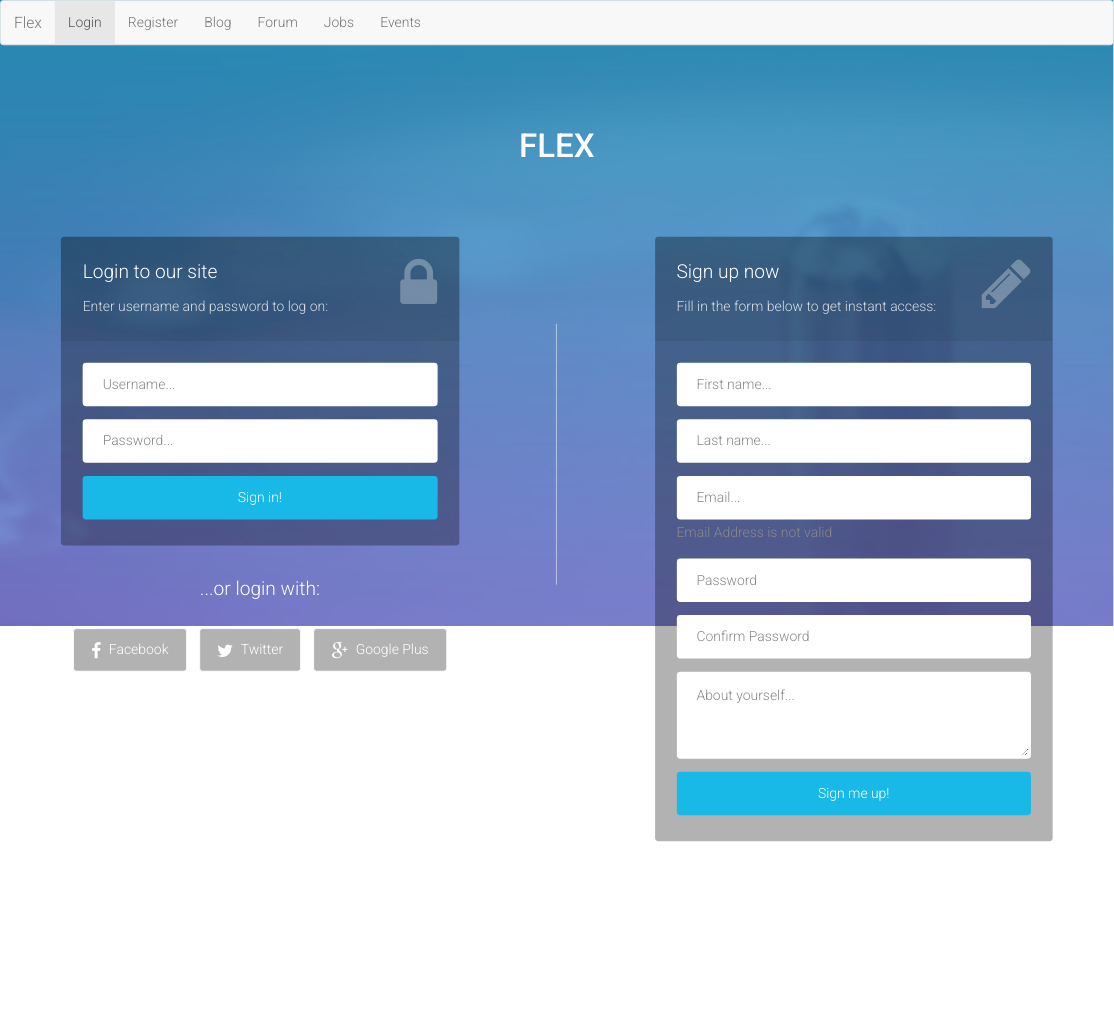
Repository: Angelamritha2012/Flex
Page: Collaboration/WebContent/index.html
The author's editor kept a copy of each file at every save. The page is drawn from the files as they stood at one save, then again after the next save.
The browser window is 1280 px wide. The pictures show the whole page, at 87% of full size.

Above is the page before, as saved 2017-11-29 09:46:43.

### Collaboration/WebContent/index.html
<!DOCTYPE html>
<html lang="en">

    <head>

        <meta charset="utf-8">
        <meta http-equiv="X-UA-Compatible" content="IE=edge">
        <meta name="viewport" content="width=device-width, initial-scale=1">
        <title>FLEX</title>

        <!-- CSS -->
        <link rel="stylesheet" href="http://fonts.googleapis.com/css?family=Roboto:400,100,300,500">
        <link rel="stylesheet" href="assets/bootstrap/css/bootstrap.min.css">
        <link rel="stylesheet" href="assets/font-awesome/css/font-awesome.min.css">
		<link rel="stylesheet" href="assets/css/form-elements.css">
        <link rel="stylesheet" href="assets/css/style.css">

        <!-- HTML5 Shim and Respond.js IE8 support of HTML5 elements and media queries -->
        <!-- WARNING: Respond.js doesn't work if you view the page via file:// -->
        <!--[if lt IE 9]>
            <script src="https://oss.maxcdn.com/libs/html5shiv/3.7.0/html5shiv.js"></script>
            <script src="https://oss.maxcdn.com/libs/respond.js/1.4.2/respond.min.js"></script>
        <![endif]-->

        <!-- Favicon and touch icons -->
        <link rel="shortcut icon" href="assets/ico/favicon.png">
        <link rel="apple-touch-icon-precomposed" sizes="144x144" href="assets/ico/apple-touch-icon-144-precomposed.png">
        <link rel="apple-touch-icon-precomposed" sizes="114x114" href="assets/ico/apple-touch-icon-114-precomposed.png">
        <link rel="apple-touch-icon-precomposed" sizes="72x72" href="assets/ico/apple-touch-icon-72-precomposed.png">
        <link rel="apple-touch-icon-precomposed" href="assets/ico/apple-touch-icon-57-precomposed.png">

    </head>

    <body>

<nav class="navbar navbar-default">
  <div class="container-fluid">
    <div class="navbar-header">
      <a class="navbar-brand" href="#">Flex</a>
    </div>
    <ul class="nav navbar-nav">
      <li class="active"><a href="#">Login</a></li>
      <li><a href="#">Register</a></li>
      <li><a href="blog.html">Blog</a></li>
      <li><a href="forum.html">Forum</a></li>
	        <li><a href="job.html">Jobs</a></li>
	        <li><a href="event.html">Events</a></li>

    </ul>
  </div>
</nav>

        <!-- Top content -->
        <div class="top-content">

            <div class="inner-bg">
                <div class="container">

                    <div class="row">
                        <div class="col-sm-8 col-sm-offset-2 text">
                            <h1><strong>FLEX</strong></h1>

                        </div>
                    </div>

                    <div class="row">
                        <div class="col-sm-5">

                        	<div class="form-box">
	                        	<div class="form-top">
	                        		<div class="form-top-left">
	                        			<h3>Login to our site</h3>
	                            		<p>Enter username and password to log on:</p>
	                        		</div>
	                        		<div class="form-top-right">
	                        			<i class="fa fa-lock"></i>
	                        		</div>
	                            </div>
	                            <div class="form-bottom">
				                    <form role="form" action="" method="post" class="login-form">
				                    	<div class="form-group">
				                    		<label class="sr-only" for="form-username">Username</label>
				                        	<input type="text" name="form-username" placeholder="Username..." class="form-username form-control" id="form-username">

				                        </div>

				                        <div class="form-group">
				                        	<label class="sr-only" for="form-password">Password</label>
				                        	<input type="password" name="form-password" placeholder="Password..." class="form-password form-control" id="form-password">
				                        </div>
				                        <button type="submit" class="btn">Sign in!</button>
				                    </form>
			                    </div>
		                    </div>

		                	<div class="social-login">
	                        	<h3>...or login with:</h3>
	                        	<div class="social-login-buttons">
		                        	<a class="btn btn-link-2" href="#">
		                        		<i class="fa fa-facebook"></i> Facebook
		                        	</a>
		                        	<a class="btn btn-link-2" href="#">
		                        		<i class="fa fa-twitter"></i> Twitter
		                        	</a>
		                        	<a class="btn btn-link-2" href="#">
		                        		<i class="fa fa-google-plus"></i> Google Plus
		                        	</a>
	                        	</div>
	                        </div>

                        </div>

                        <div class="col-sm-1 middle-border"></div>
                        <div class="col-sm-1"></div>

                        <div class="col-sm-5">

                        	<div class="form-box">
                        		<div class="form-top">
	                        		<div class="form-top-left">
	                        			<h3>Sign up now</h3>
	                            		<p>Fill in the form below to get instant access:</p>
	                        		</div>
	                        		<div class="form-top-right">
	                        			<i class="fa fa-pencil"></i>
	                        		</div>
	                            </div>
	                            <div class="form-bottom">
				                    <form role="form" action="" method="post" class="registration-form">
				                    	<div class="form-group">
				                    		<label class="sr-only" for="form-first-name">First name</label>
				                        	<input type="text" name="form-first-name" placeholder="First name..." class="form-first-name form-control" id="form-first-name">
				                        </div>
				                        <div class="form-group">
				                        	<label class="sr-only" for="form-last-name">Last name</label>
				                        	<input type="text" name="form-last-name" placeholder="Last name..." class="form-last-name form-control" id="form-last-name">
				                        </div>
				                        <div class="form-group">
				                        	<label class="sr-only" for="form-email">Email</label>
				                        	<input type="text" name="form-email" placeholder="Email..." class="form-email form-control" id="form-email">
				                        				                       <span ng-show="frm.email.$dirty && frm.email.$invalid">Email Address is not valid</span>

				                        </div>

										<div class="form-group">
				                        	<label class="sr-only" for="password">PassWord</label>
				                        	<input type="text" name="form-password" placeholder="Password" class="form-password form-control" id="form-password">
				                        </div>
										<div class="form-group">
				                        	<label class="sr-only" for="confirm password">Confirm PassWord</label>
				                        	<input type="text" name="form-confirm-password" placeholder="Confirm Password" class="form-confirm-password form-control" id="form-confirm-password">
				                        </div>
				                        <div class="form-group">
				                        	<label class="sr-only" for="form-about-yourself">About yourself</label>
				                        	<textarea name="form-about-yourself" placeholder="About yourself..."
				                        				class="form-about-yourself form-control" id="form-about-yourself"></textarea>
				                        </div>
				                        <button type="submit" class="btn">Sign me up!</button>
				                    </form>
			                    </div>
                        	</div>

                        </div>
                    </div>

                </div>
            </div>

        </div>

        <!-- Footer -->
        <footer>
        	<div class="container">
        		<div class="row">

        			<div class="col-sm-8 col-sm-offset-2">
        				<div class="footer-border"></div>
        				<p>Made by Flex at <a href="http://azmind.com" target="_blank"><strong>FLEX</strong></a>
        					having a lot of fun. <i class="fa fa-smile-o"></i></p>
        			</div>

        		</div>
        	</div>
        </footer>

        <!-- Javascript -->
        <script src="assets/js/jquery-1.11.1.min.js"></script>
        <script src="assets/bootstrap/js/bootstrap.min.js"></script>
        <script src="assets/js/jquery.backstretch.min.js"></script>
        <script src="assets/js/scripts.js"></script>

        <!--[if lt IE 10]>
            <script src="assets/js/placeholder.js"></script>
        <![endif]-->

    </body>

</html>

### Collaboration/WebContent/assets/css/form-elements.css

input[type="text"],
input[type="password"],
textarea,
textarea.form-control {
	height: 50px;
    margin: 0;
    padding: 0 20px;
    vertical-align: middle;
    background: #fff;
    border: 3px solid #fff;
    font-family: 'Roboto', sans-serif;
    font-size: 16px;
    font-weight: 300;
    line-height: 50px;
    color: #888;
    -moz-border-radius: 4px; -webkit-border-radius: 4px; border-radius: 4px;
    -moz-box-shadow: none; -webkit-box-shadow: none; box-shadow: none;
    -o-transition: all .3s; -moz-transition: all .3s; -webkit-transition: all .3s; -ms-transition: all .3s; transition: all .3s;
}

textarea,
textarea.form-control {
	padding-top: 10px;
	padding-bottom: 10px;
	line-height: 30px;
}

input[type="text"]:focus,
input[type="password"]:focus,
textarea:focus,
textarea.form-control:focus {
	outline: 0;
	background: #fff;
    border: 3px solid #fff;
    -moz-box-shadow: none; -webkit-box-shadow: none; box-shadow: none;
}

input[type="text"]:-moz-placeholder, input[type="password"]:-moz-placeholder,
textarea:-moz-placeholder, textarea.form-control:-moz-placeholder { color: #888; }

input[type="text"]:-ms-input-placeholder, input[type="password"]:-ms-input-placeholder,
textarea:-ms-input-placeholder, textarea.form-control:-ms-input-placeholder { color: #888; }

input[type="text"]::-webkit-input-placeholder, input[type="password"]::-webkit-input-placeholder,
textarea::-webkit-input-placeholder, textarea.form-control::-webkit-input-placeholder { color: #888; }



button.btn {
	height: 50px;
    margin: 0;
    padding: 0 20px;
    vertical-align: middle;
    background: #19b9e7;
    border: 0;
    font-family: 'Roboto', sans-serif;
    font-size: 16px;
    font-weight: 300;
    line-height: 50px;
    color: #fff;
    -moz-border-radius: 4px; -webkit-border-radius: 4px; border-radius: 4px;
    text-shadow: none;
    -moz-box-shadow: none; -webkit-box-shadow: none; box-shadow: none;
    -o-transition: all .3s; -moz-transition: all .3s; -webkit-transition: all .3s; -ms-transition: all .3s; transition: all .3s;
}

button.btn:hover { opacity: 0.6; color: #fff; }

button.btn:active { outline: 0; opacity: 0.6; color: #fff; -moz-box-shadow: none; -webkit-box-shadow: none; box-shadow: none; }

button.btn:focus { outline: 0; opacity: 0.6; background: #19b9e7; color: #fff; }

button.btn:active:focus, button.btn.active:focus { outline: 0; opacity: 0.6; background: #19b9e7; color: #fff; }

### Collaboration/WebContent/assets/css/style.css

body {
    font-family: 'Roboto', sans-serif;
    font-size: 16px;
    font-weight: 300;
    color: #888;
    line-height: 30px;
    text-align: center;
}

strong { font-weight: 500; }

a, a:hover, a:focus {
	color: #19b9e7;
	text-decoration: none;
    -o-transition: all .3s; -moz-transition: all .3s; -webkit-transition: all .3s; -ms-transition: all .3s; transition: all .3s;
}

h1, h2 {
	margin-top: 10px;
	font-size: 38px;
    font-weight: 100;
    color: #555;
    line-height: 50px;
}

h3 {
	font-size: 22px;
    font-weight: 300;
    color: #555;
    line-height: 30px;
}

img { max-width: 100%; }

::-moz-selection { background: #19b9e7; color: #fff; text-shadow: none; }
::selection { background: #19b9e7; color: #fff; text-shadow: none; }


.btn-link-1 {
	display: inline-block;
	height: 50px;
	margin: 5px;
	padding: 16px 20px 0 20px;
	background: #19b9e7;
	font-size: 16px;
    font-weight: 300;
    line-height: 16px;
    color: #fff;
    -moz-border-radius: 4px; -webkit-border-radius: 4px; border-radius: 4px;
}
.btn-link-1:hover, .btn-link-1:focus, .btn-link-1:active { outline: 0; opacity: 0.6; color: #fff; }

.btn-link-1.btn-link-1-facebook { background: #4862a3; }
.btn-link-1.btn-link-1-twitter { background: #55acee; }
.btn-link-1.btn-link-1-google-plus { background: #dd4b39; }

.btn-link-1 i {
	padding-right: 5px;
	vertical-align: middle;
	font-size: 20px;
	line-height: 20px;
}

.btn-link-2 {
	display: inline-block;
	height: 50px;
	margin: 5px;
	padding: 15px 20px 0 20px;
	background: rgba(0, 0, 0, 0.3);
	border: 1px solid #fff;
	font-size: 16px;
    font-weight: 300;
    line-height: 16px;
    color: #fff;
    -moz-border-radius: 4px; -webkit-border-radius: 4px; border-radius: 4px;
}
.btn-link-2:hover, .btn-link-2:focus,
.btn-link-2:active, .btn-link-2:active:focus { outline: 0; opacity: 0.6; background: rgba(0, 0, 0, 0.3); color: #fff; }

.btn-link-2 i {
	padding-right: 5px;
	vertical-align: middle;
	font-size: 20px;
	line-height: 20px;
}


/***** Top content *****/

.inner-bg {
    padding: 60px 0 80px 0;
}

.top-content .text {
	color: #fff;
}

.top-content .text h1 { color: #fff; }

.top-content .description {
	margin: 20px 0 10px 0;
}

.top-content .description p { opacity: 0.8; }

.top-content .description a {
	color: #fff;
}
.top-content .description a:hover,
.top-content .description a:focus { border-bottom: 1px dotted #fff; }

.form-box {
	margin-top: 70px;
}

.form-top {
	overflow: hidden;
	padding: 0 25px 15px 25px;
	background: #444;
	background: rgba(0, 0, 0, 0.35);
	-moz-border-radius: 4px 4px 0 0; -webkit-border-radius: 4px 4px 0 0; border-radius: 4px 4px 0 0;
	text-align: left;
}

.form-top-left {
	float: left;
	width: 75%;
	padding-top: 25px;
}

.form-top-left h3 { margin-top: 0; color: #fff; }
.form-top-left p { opacity: 0.8; color: #fff; }

.form-top-right {
	float: left;
	width: 25%;
	padding-top: 5px;
	font-size: 66px;
	color: #fff;
	line-height: 100px;
	text-align: right;
	opacity: 0.3;
}

.form-bottom {
	padding: 25px 25px 30px 25px;
	background: #444;
	background: rgba(0, 0, 0, 0.3);
	-moz-border-radius: 0 0 4px 4px; -webkit-border-radius: 0 0 4px 4px; border-radius: 0 0 4px 4px;
	text-align: left;
}

.form-bottom form textarea {
	height: 100px;
}

.form-bottom form button.btn {
	width: 100%;
}

.form-bottom form .input-error {
	border-color: #19b9e7;
}

.social-login {
	margin-top: 35px;
}

.social-login h3 {
	color: #fff;
}

.social-login-buttons {
	margin-top: 25px;
}

.middle-border {
	min-height: 300px;
	margin-top: 170px;
	border-right: 1px solid #fff;
	border-right: 1px solid rgba(255, 255, 255, 0.6);
}


/***** Footer *****/

footer {
	padding-bottom: 70px;
	color: #fff;
}

footer .footer-border {
	width: 200px;
	margin: 0 auto;
	padding-bottom: 30px;
	border-top: 1px solid #fff;
	border-top: 1px solid rgba(255, 255, 255, 0.6);
}

footer p { opacity: 0.8; }

footer a {
	color: #fff;
}
footer a:hover, footer a:focus { color: #fff; border-bottom: 1px dotted #fff; }


/***** Media queries *****/

@media (min-width: 992px) and (max-width: 1199px) {}

@media (min-width: 768px) and (max-width: 991px) {}

@media (max-width: 767px) {

	.middle-border { min-height: auto; margin: 65px 30px 0 30px; border-right: 0;
						border-top: 1px solid #fff; border-top: 1px solid rgba(255, 255, 255, 0.6); }

}

@media (max-width: 415px) {

	h1, h2 { font-size: 32px; }

}

/***pagination***/

.center {
    text-align: center;
}

.pagination {
    display: inline-block;
}

.pagination a {
    color: black;
    float: left;
    padding: 8px 16px;
    text-decoration: none;
    transition: background-color .3s;
    border: 1px solid #ddd;
    margin: 0 4px;
}

.pagination a.active {
    background-color: #4CAF50;
    color: white;
    border: 1px solid #4CAF50;
}

.pagination a:hover:not(.active) {background-color: #ddd;}
/* The Modal (background) */
.modal {
    display: none; /* Hidden by default */
    position: fixed; /* Stay in place */
    z-index: 1; /* Sit on top */
    left: 0;
    top: 0;
    width: 100%; /* Full width */
    height: 100%; /* Full height */
    overflow: auto; /* Enable scroll if needed */
    background-color: rgb(0,0,0); /* Fallback color */
    background-color: rgba(0,0,0,0.4); /* Black w/ opacity */
    padding-top: 60px;
}

/* Modal Content/Box */
.modal-content {
    background-color: #fefefe;
    margin: 5px auto; /* 15% from the top and centered */
    border: 1px solid #888;
    width: 80%; /* Could be more or less, depending on screen size */
}

/* The Close Button */
.close {
    /* Position it in the top right corner outside of the modal */
    position: absolute;
    right: 25px;
    top: 0;
    color: #000;
    font-size: 35px;
    font-weight: bold;
}

/* Close button on hover */
.close:hover,
.close:focus {
    color: red;
    cursor: pointer;
}

/* Add Zoom Animation */
.animate {
    -webkit-animation: animatezoom 0.6s;
    animation: animatezoom 0.6s
}

@-webkit-keyframes animatezoom {
    from {-webkit-transform: scale(0)}
    to {-webkit-transform: scale(1)}
}

@keyframes animatezoom {
    from {transform: scale(0)}
    to {transform: scale(1)}
}

/*
    Image credits:
    uifaces.com (http://uifaces.com/authorized)
*/

#login { display: none; }
.login,
.logout {
    position: absolute;
    top: -3px;
    right: 0;
}
.page-header { position: relative; }
.reviews {
    color: #555;
    font-weight: bold;
    margin: 10px auto 20px;
}
.notes {
    color: #999;
    font-size: 12px;
}
.media .media-object { max-width: 120px; }
.media-body { position: relative; }
.media-date {
    position: absolute;
    right: 25px;
    top: 25px;
}
.media-date li { padding: 0; }
.media-date li:first-child:before { content: ''; }
.media-date li:before {
    content: '.';
    margin-left: -2px;
    margin-right: 2px;
}
.media-comment { margin-bottom: 20px; }
.media-replied { margin: 0 0 20px 50px; }
.media-replied .media-heading { padding-left: 6px; }

.btn-circle {
    font-weight: bold;
    font-size: 12px;
    padding: 6px 15px;
    border-radius: 20px;
}
.btn-circle span { padding-right: 6px; }
.embed-responsive { margin-bottom: 20px; }
.tab-content {
    padding: 50px 15px;
    border: 1px solid #ddd;
    border-top: 0;
    border-bottom-right-radius: 4px;
    border-bottom-left-radius: 4px;
}
.custom-input-file {
    overflow: hidden;
    position: relative;
    width: 120px;
    height: 120px;
    background: #eee url('https://s3.amazonaws.com/uifaces/faces/twitter/walterstephanie/128.jpg');
    background-size: 120px;
    border-radius: 120px;
}
input[type="file"]{
    z-index: 999;
    line-height: 0;
    font-size: 0;
    position: absolute;
    opacity: 0;
    filter: alpha(opacity = 0);-ms-filter: "alpha(opacity=0)";
    margin: 0;
    padding:0;
    left:0;
}
.uploadPhoto {
    position: absolute;
    top: 25%;
    left: 25%;
    display: none;
    width: 50%;
    height: 50%;
    color: #fff;
    text-align: center;
    line-height: 60px;
    text-transform: uppercase;
    background-color: rgba(0,0,0,.3);
    border-radius: 50px;
    cursor: pointer;
}
.custom-input-file:hover .uploadPhoto { display: block; }

### Collaboration/WebContent/assets/js/scripts.js

jQuery(document).ready(function() {

    /*
        Fullscreen background
    */
    $.backstretch("assets/img/backgrounds/1.jpg");

    /*
        Login form validation
    */
    $('.login-form input[type="text"], .login-form input[type="password"], .login-form textarea').on('focus', function() {
    	$(this).removeClass('input-error');
    });

    $('.login-form').on('submit', function(e) {

    	$(this).find('input[type="text"], input[type="password"], textarea').each(function(){
    		if( $(this).val() == "" ) {
    			e.preventDefault();
    			$(this).addClass('input-error');
    		}
    		else {
    			$(this).removeClass('input-error');
    		}
    	});

    });

    /*
        Registration form validation
    */
    $('.registration-form input[type="text"], .registration-form textarea').on('focus', function() {
    	$(this).removeClass('input-error');
    });

    $('.registration-form').on('submit', function(e) {

    	$(this).find('input[type="text"], textarea').each(function(){
    		if( $(this).val() == "" ) {
    			e.preventDefault();
    			$(this).addClass('input-error');
    		}
    		else {
    			$(this).removeClass('input-error');
    		}
    	});

    });


});

Loaded but not shown: Collaboration/WebContent/assets/bootstrap/css/bootstrap.min.css (library); Collaboration/WebContent/assets/font-awesome/css/font-awesome.min.css (library); Collaboration/WebContent/assets/js/jquery-1.11.1.min.js (library); Collaboration/WebContent/assets/bootstrap/js/bootstrap.min.js (library); Collaboration/WebContent/assets/js/jquery.backstretch.min.js (library)

After the next save:
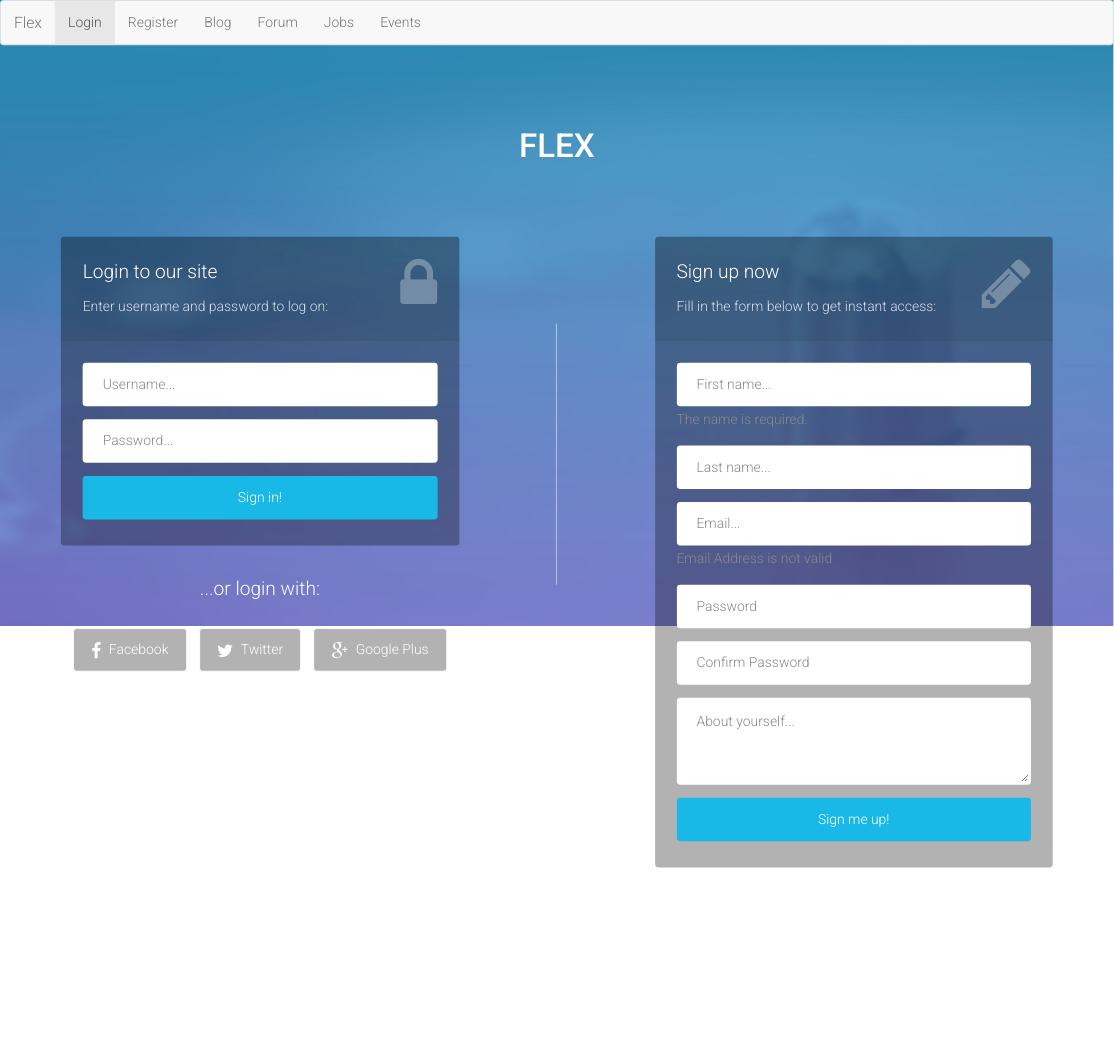
Saved 4 min 1 s later.
--- a/Collaboration/WebContent/index.html
+++ b/Collaboration/WebContent/index.html
@@ -130,7 +130,10 @@
 				                    	<div class="form-group">
 				                    		<label class="sr-only" for="form-first-name">First name</label>
 				                        	<input type="text" name="form-first-name" placeholder="First name..." class="form-first-name form-control" id="form-first-name">
-				                        </div>
+				                       <span ng-show="myForm.myName.$touched && myForm.myName.$invalid">The name is required.</span>
+
+				                        </div>
+
 				                        <div class="form-group">
 				                        	<label class="sr-only" for="form-last-name">Last name</label>
 				                        	<input type="text" name="form-last-name" placeholder="Last name..." class="form-last-name form-control" id="form-last-name">
@@ -138,7 +141,7 @@
 				                        <div class="form-group">
 				                        	<label class="sr-only" for="form-email">Email</label>
 				                        	<input type="text" name="form-email" placeholder="Email..." class="form-email form-control" id="form-email">
-				                        				                       <span ng-show="frm.email.$dirty && frm.email.$invalid">Email Address is not valid</span>
+				                   <span ng-show="frm.email.$dirty && frm.email.$invalid">Email Address is not valid</span>
 
 				                        </div>
 
